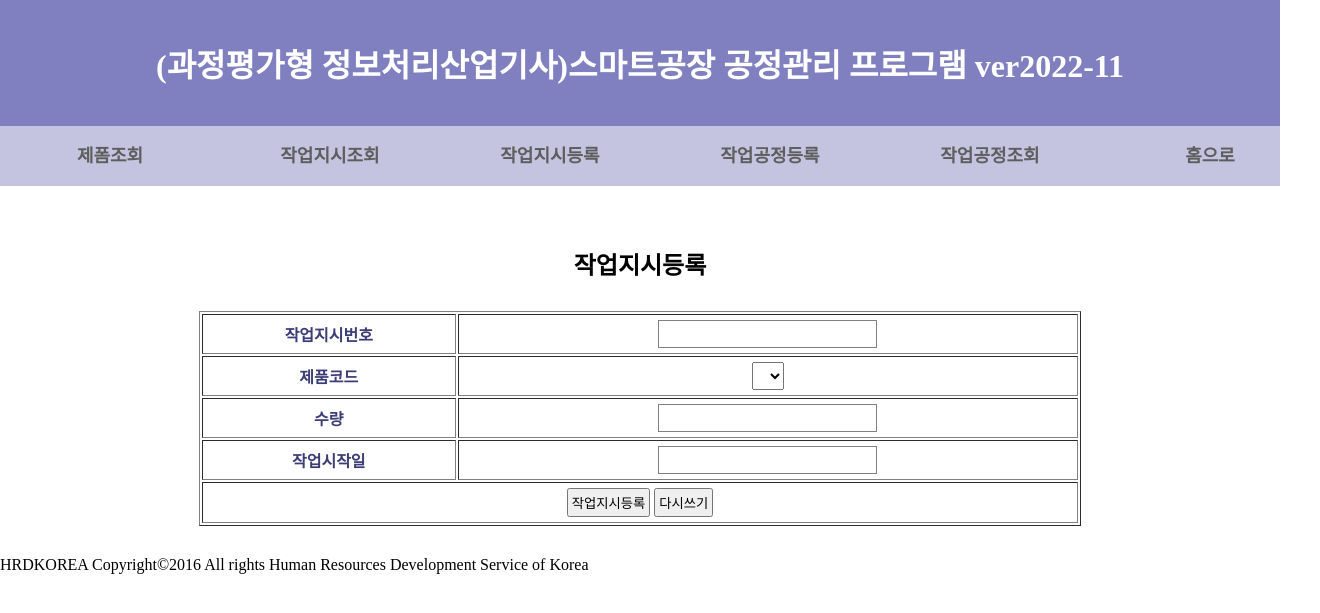
Repository: anakyn01/exam
Page: http://localhost/smart_5/sub2_1.jsp
These files come from the project's save history. The page is drawn as it stood at one moment and after the next save; the edit follows.
The browser window is 1280 px wide. The page is 1320 px wide, so the pictures cover 1320 px, including what lies to the right of the window. The pictures show the whole page.
The page is served by Tomcat 9.

Above is the page before, as saved 2025-01-06 07:35:16.

After the next save:
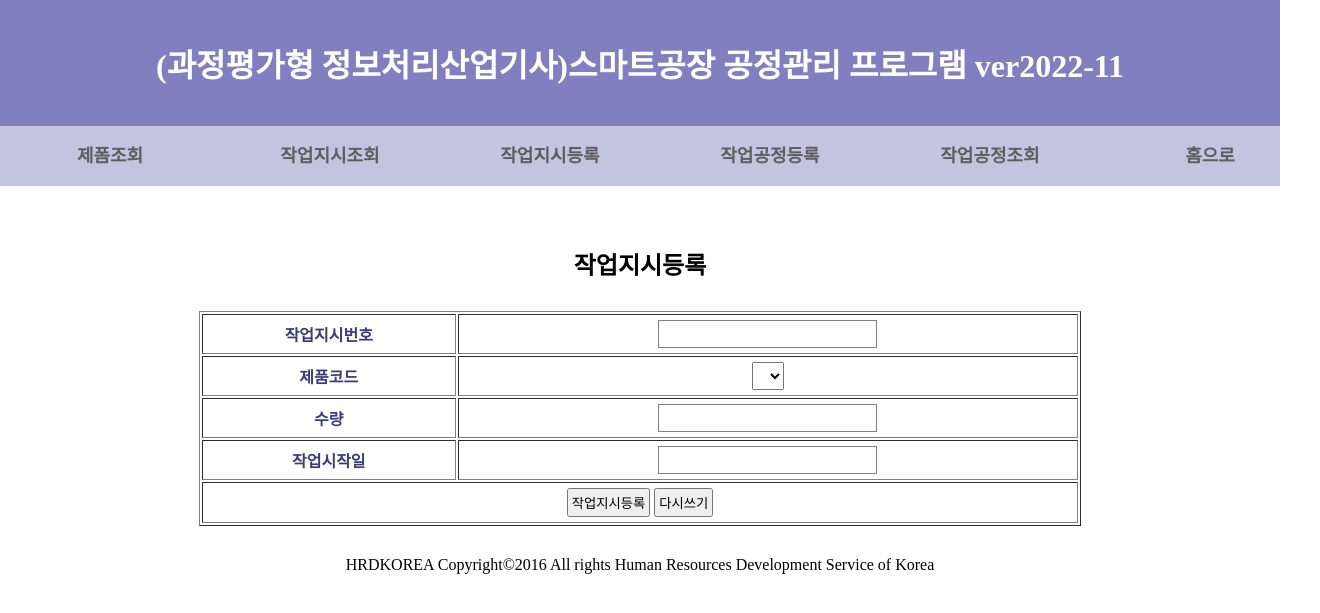
Saved 29 s later.
--- a/smart_5/src/main/webapp/css/style.css
+++ b/smart_5/src/main/webapp/css/style.css
@@ -19,3 +19,4 @@ height:28px; border:1px solid gray; padding:0 5px; font-size:16px;
 }
 input[type="button"]{padding:3px;}
 select{height:28px; padding:0 5px; font-size:16px; }
+footer{text-align:center;}
